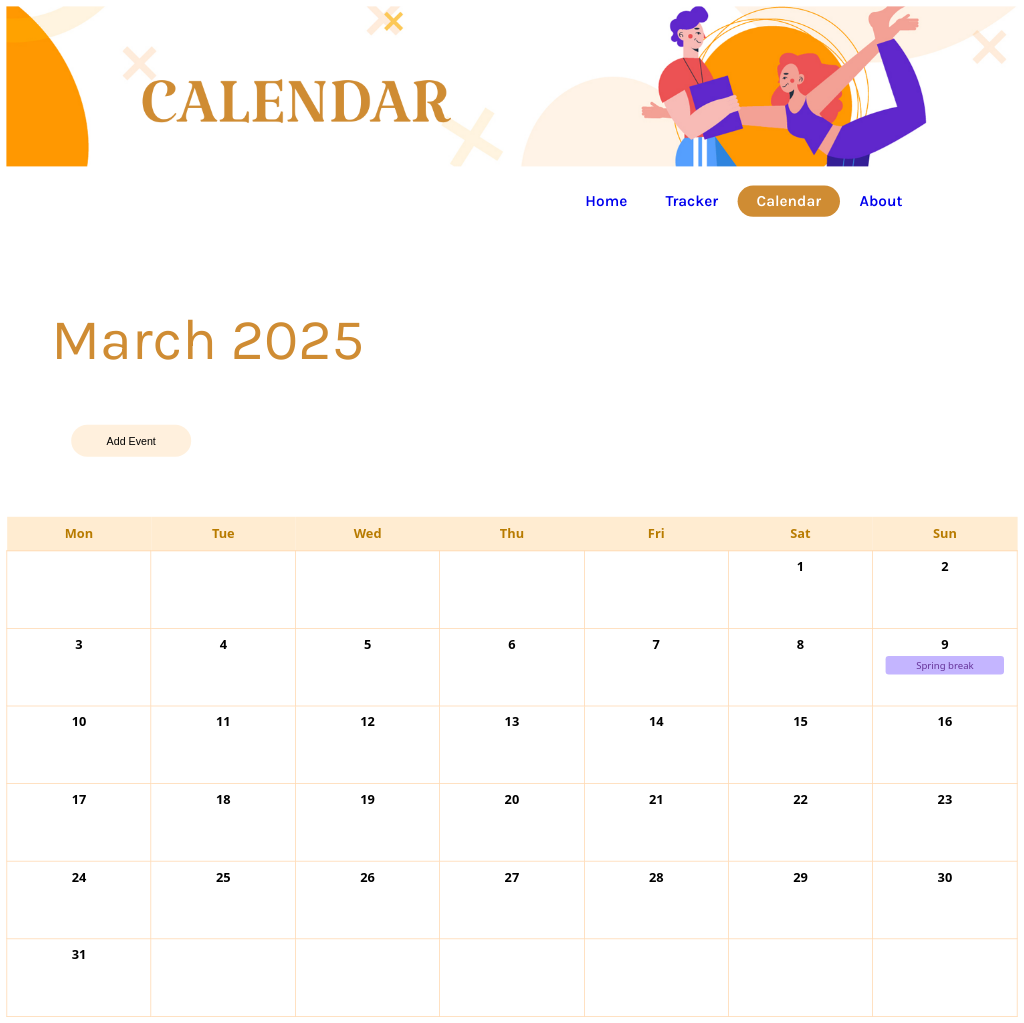
Repository: SandyLy453/habit-tracker
Page: http://localhost/calendar
These files come from the project's save history. The page is drawn as it stood at one moment and after the next save; the edit follows.
The browser window is 1280 px wide. The pictures show the whole page, at 80% of full size.
Some web fonts or font styles are not loaded; a fallback is used. The page is served by the project's Node server (server.js).

Above is the page before, as saved 2025-03-16 17:39:24.

### views/pages/calendar.ejs
<!DOCTYPE html>
<html lang="en">
<head>
  <meta charset="UTF-8">
  <meta name="viewport" content="width=device-width, initial-scale=1.0">
  <link rel="stylesheet" href="/styles.css">
  <link rel="preconnect" href="https://fonts.googleapis.com">
  <link rel="preconnect" href="https://fonts.gstatic.com" crossorigin>
  <link href="https://fonts.googleapis.com/css2?family=Katibeh&display=swap" rel="stylesheet">
</head>
<body>
  <%- include('../partials/header', { activePage: 'calendar' }) %>

  <div class="calendar-container">
    <div class="calendar-nav">
      <h2 id="month-year">
        <%= new Date(currentYear, currentMonth).toLocaleString('default', { month: 'long', year: 'numeric' }) %>
      </h2>
      <div class="calendar-add">
        <button id="add-event-btn">Add Event</button>
      </div>
    </div>
    </div>

    <table class="calendar-table">
      <thead>
        <tr>
          <th>Mon</th>
          <th>Tue</th>
          <th>Wed</th>
          <th>Thu</th>
          <th>Fri</th>
          <th>Sat</th>
          <th>Sun</th>
        </tr>
      </thead>
      <tbody>
        <%
          const firstDay = new Date(currentYear, currentMonth, 1);
          const firstDayIndex = (firstDay.getDay() + 6) % 7; // Adjust so week starts on Monday
          const daysInMonth = new Date(currentYear, currentMonth + 1, 0).getDate();
          let dateCount = 1;

          for (let i = 0; i < 6; i++) { %>
          <tr>
            <% for (let j = 0; j < 7; j++) { %>
              <% if ((i === 0 && j < firstDayIndex) || dateCount > daysInMonth) { %>
                <td></td>
              <% } else { %>
                <!-- Add data-date attribute so we know which day this cell represents -->
                <td class="calendar-day" data-date="<%= dateCount %>">
                  <span class="date-number"><%= dateCount %></span>
                  <% if (currentMonth === 2 && dateCount === 9) { %>
                    <div class="event">Spring break</div>
                  <% } %>
                </td>
                <% dateCount++; %>
              <% } %>
            <% } %>
          </tr>
        <% } %>
      </tbody>
    </table>

  <!-- Client-side script for adding events -->
  <script>
    document.getElementById('add-event-btn').addEventListener('click', function() {
      // Prompt for the day number for the event
      let day = prompt("Enter the day number for the event:");
      if (!day) return;
      day = parseInt(day, 10);
      if (isNaN(day)) {
        alert("Invalid day number!");
        return;
      }

      // Prompt for the event description
      let eventText = prompt("Enter event description:");
      if (!eventText) return;

      // Find the calendar cell with the matching data-date attribute
      let cells = document.querySelectorAll('.calendar-day[data-date]');
      let cellFound = false;
      cells.forEach(cell => {
        if (parseInt(cell.getAttribute('data-date'), 10) === day) {
          cellFound = true;
          // Create a new event div
          const eventDiv = document.createElement('div');
          eventDiv.className = 'event';
          eventDiv.textContent = eventText;
          cell.appendChild(eventDiv);
        }
      });

      if (!cellFound) {
        alert("No cell found for day " + day);
      }
    });
  </script>
</body>
</html>

### views/partials/header.ejs
<!DOCTYPE html>
<html lang="en">
<head>
    <meta charset="UTF-8">
    <meta name="viewport" content="width=device-width, initial-scale=1.0">
    <title>
        <%= typeof title != 'undefined' ? title : 'Page Title' %>
    </title>
    <link rel="stylesheet" href="/styles.css">
    <link rel="preconnect" href="https://fonts.googleapis.com">
    <link rel="preconnect" href="https://fonts.gstatic.com" crossorigin>
    <link href="https://fonts.googleapis.com/css2?family=Karla:ital,wght@0,200..800;1,200..800&family=Roboto:ital,wght@0,100..900;1,100..900&display=swap" rel="stylesheet">
</head>
<body>
    <header>
        <div class="header_container">
            <img src="<%= activePage === 'home' ? '/images/home_banner.png' : activePage === 'tracker' ? '/images/tracker_banner.png' : activePage === 'calendar' ? '/images/calendar_banner.png' : '/images/about_banner.png' %>" alt="Banner Images"/>
            <ul class="header">
                <li><a href="/" class="header_items <%= activePage === 'home' ? 'highlight' : '' %>">Home</a></li>
                <li><a href="/tracker" class="header_items <%= activePage === 'tracker' ? 'highlight' : '' %>">Tracker</a></li>
                <li><a href="/calendar" class="header_items <%= activePage === 'calendar' ? 'highlight' : '' %>">Calendar</a></li>
                <li><a href="/about" class="header_items <%= activePage === 'about' ? 'highlight' : '' %>">About</a></li>
              </ul>
        </div>
    </header>
</body>
</html>

### server.js
import pg from 'pg';
import express from 'express';
import bodyParser from 'body-parser';
import dotenv from 'dotenv';
import path from 'path';
import { fileURLToPath } from 'url';

const __filename = fileURLToPath(import.meta.url);
const __dirname = path.dirname(__filename);

dotenv.config();

// Database setup
const db = new pg.Client({
  user: process.env.DB_USER,
  host: process.env.DB_HOST,
  database: process.env.DB_DATABASE,
  password: process.env.DB_PASSWORD,
  port: process.env.DB_PORT,
});

db.connect()
  .then(() => {
    console.log('Connected to the database');
  })
  .catch(err => {
    console.error('Database connection error:', err.stack);
});

const app = express();
const port = 3000;

app.set('views', path.join(__dirname, 'views'));

// Middleware
app.use(bodyParser.urlencoded({ extended: true }));
app.use(express.static('public'));  // Serve static files from the public folder
app.set('view engine', 'ejs');

// Routes
app.get('/', (req, res) => {
  res.render('pages/home', {
    title: "Personal Habit Tracker",
    activePage: 'home',
    paragraph: "Track your progress today for better habits."
  });
});

app.get('/tracker', (req, res) => {
  res.render('pages/tracker', {
    title: "My Habits Tracker",
    activePage: 'tracker',
    paragraph: " "
  });
});

app.get('/calendar', (req, res) => {
  const currentDate = new Date();
  res.render('pages/calendar', {
    title: "Calendar",
    activePage: 'calendar',
    currentMonth: currentDate.getMonth(),
    currentYear: currentDate.getFullYear(),
  });
});

app.get('/about', (req, res) => {
  res.render('pages/about', {
    title: "About",
    activePage: 'about',
  });
});

app.listen(port, () => {
  console.log(`App listening at port ${port}`);
});

### public/styles.css
:root {
    --header-font: "Karla", sans-serif;
    --heading-font: "Lora", serif;

    --font-styles-bold: 600;
    --font-styles-regular: 400;
    --header-large: 1.2rem;
    --page-heading: 2.5rem;
    --page-details: 1.1rem;

    --card-status-inProgress: #CF8C33;
    --card-paragraph: #4A4A4A;
    --card-status-done: #03a903;

    --schedules-reading: #FFCF90;
    --schedules-running: #B2ABEA;
    --schedules-drawing: #E0F1FF;
    --schedules-meditation: #FFDDE9;
    --event-backgroundColor: #FFF7EC;

    --numDays: 5;
    --numHours: 10;
    --timeHeight: 60px;
}

body {
    font-family: Arial, sans-serif;
    text-align: center;
}

input, button {
    margin: 5px;
    padding: 8px;
}

/* Header */
.header_container img {
    margin: 0;
    padding: 0;
    display: block;
    width: 100%;
    height: 100%;
    object-fit: cover;
}

.header {
    display: flex;
    flex-direction: row;
    justify-content:flex-end;
    list-style: none;
    margin: 2rem 120px;
    font-family: var(--header-font);
    font-weight: var(--font-styles-bold);
    font-size: var(--header-large);
}

.header_items {
    text-decoration: none;
    padding: .5rem 1.5rem;
    border-radius: 20px;
}

.header_items.highlight {
    color: white;
    background-color: var(--card-status-inProgress);
}

/* Home Page */
.heading_section {
    text-align: left;
    margin: 6rem 120px 4rem 120px;
}

.heading_section h1 {
    font-family: var(--heading-font);
    font-weight: var(--font-styles-regular);
    font-size: var(--page-heading);
    margin-bottom: 0;
}

.heading_section p {
    font-size: var(--page-details);
    margin-top: .5rem;
    font-style: italic;
}

.main_content {
    display: flex;
    flex-direction: row;
    margin: 0 120px 7rem 120px;
    gap: 2rem;
    text-align: left;
    align-items: flex-start;
}

/* Home Page Cards */

.cards_section {
    width: 50%;
    display: flex;
    flex-direction: column;
    justify-content: flex-start;
    padding: 0;
}

.cards_section h2,
.schedules_section h2 {
    font-family: var(--heading-font);
}

.cards {
    display: flex;
    flex-direction: row;
    flex-wrap: wrap;
    gap: 20px;
}

.card {
    position: relative;
    background-color: white;
    border-radius: 8px;
    border: 2px solid #D8D8D8;
    padding: 15px;
    width: 240px;
    height: 180px;
    text-align: left;
    overflow: hidden;
}

.card img {
    width: 100%;
    height: 100px;
    object-fit: cover;
    position: absolute;
    overflow: hidden;
    top: 0;
    left: 0;
    right: 0;
}

.habit {
    position: relative;
    display: flex;
    flex-direction: row;
    margin-bottom: 15px;
    justify-content: space-between;
    top: 6.5rem;
}

.habit h3 {
    margin: 0;
    font-size: 16px;
}

.habit p {
    margin: 5px 0;
    font-size: 14px;
    color: var(--card-paragraph);
}

.status {
    font-weight: bold;
}

.status.in-progress {
    color: var(--card-status-inProgress);
}

.status.done {
    color: var(--card-status-done);
}

/* Calendar */

.schedules_section {
    width: 50%;
    display: flex;
    flex-direction: column;
}

.calendar {
    display: grid;
    gap: 10px;
    grid-template-columns: auto 1fr;
}

.timeline {
    display: grid;
    grid-template-rows: repeat(var(--numHours), var(--timeHeight));
}

.days {
    display: grid;
    grid-column: 2;
    gap: 5px;
    grid-template-columns: repeat(auto-fit, minmax(100px, 1fr));
}

.events {
    display: grid;
    grid-template-rows: repeat(var(--numHours), var(--timeHeight));
    border-radius: 5px;
    background: var(--event-backgroundColor);
}

.start-10 {
    grid-row-start: 2;
}

.start-12 {
    grid-row-start: 3;
}

.start-1 {
    grid-row-start: 5;
}

.start-2 {
    grid-row-start: 6;
}

.end-12 {
    grid-row-end: 4;
}

.end-1 {
    grid-row-end: 5;
}

.end-3 {
    grid-row-end: 7;
}

.end-4 {
    grid-row-end: 8;
}

.end-5 {
    grid-row-end: 9;
}

.title {
    font-weight: 600;
    margin-bottom: 0.1rem;
}

.event {
    border: 1px solid var(--eventBorderColor);
    border-radius: 5px;
    padding: 0.5rem;
    margin: 0 0.5rem;
    background: white;
}

.events p {
    font-size: 14px;
}

.space,
.date {
    height: 60px
}

body {
    font-family: system-ui, sans-serif;
}

.running {
    background: var(--schedules-running);
}

.drawing {
    background: var(--schedules-drawing);
}

.meditation {
    background: var(--schedules-meditation);
}

.reading {
    background: var(--schedules-reading);
}

.date {
    display: flex;
    gap: 1em;
}

.date-day {
    display: inline;
    font-size: var(--page-details);
}

.calendar-container {
    font-family: Arial, sans-serif;
    margin: 40px auto;
    max-width: 90vw;
    padding: 20px;
}

.calendar-header {
    background-color: #ffe5b4;
    padding: 20px;
    border-radius: 12px 12px 0 0;
    text-align: center;
    color: #c17a00;
}

.calendar-nav {
    text-align: center;
}

.calendar-table {
    width: 100%;
    border-collapse: collapse;
    border-radius: 30px;
}

.calendar-table th {
    background-color: #ffecd1;
    color: #b87b00;
    padding: 10px;
}

.calendar-table td {
    border: 1px solid #ffdab3;
    width: calc(90vw/7);
    height: 80px;
    vertical-align: top;
    padding: 8px;
}

.date-number {
    font-weight: bold;
    text-align: right;
    width: 100%;
}

.event {
    background-color: #c4b5ff;
    color: #663399;
    font-size: 0.75rem;
    padding: 3px 6px;
    border-radius: 4px;
    margin-top: 4px;
}

#month-year {
    color: #CF8C33;
    font-family: var(--header-font);
    font-size: 72px;
    font-weight: 400;
    text-align: left;
}

.calendar-add {
    width: 200px;
    height: 60px;
    margin: 0;
}

#add-event-btn {
    border-radius: 20px;
    background: rgba(255, 207, 144, 0.31);
    width: 150px;
    height: 40px;
    border: none;
}

After the next save:
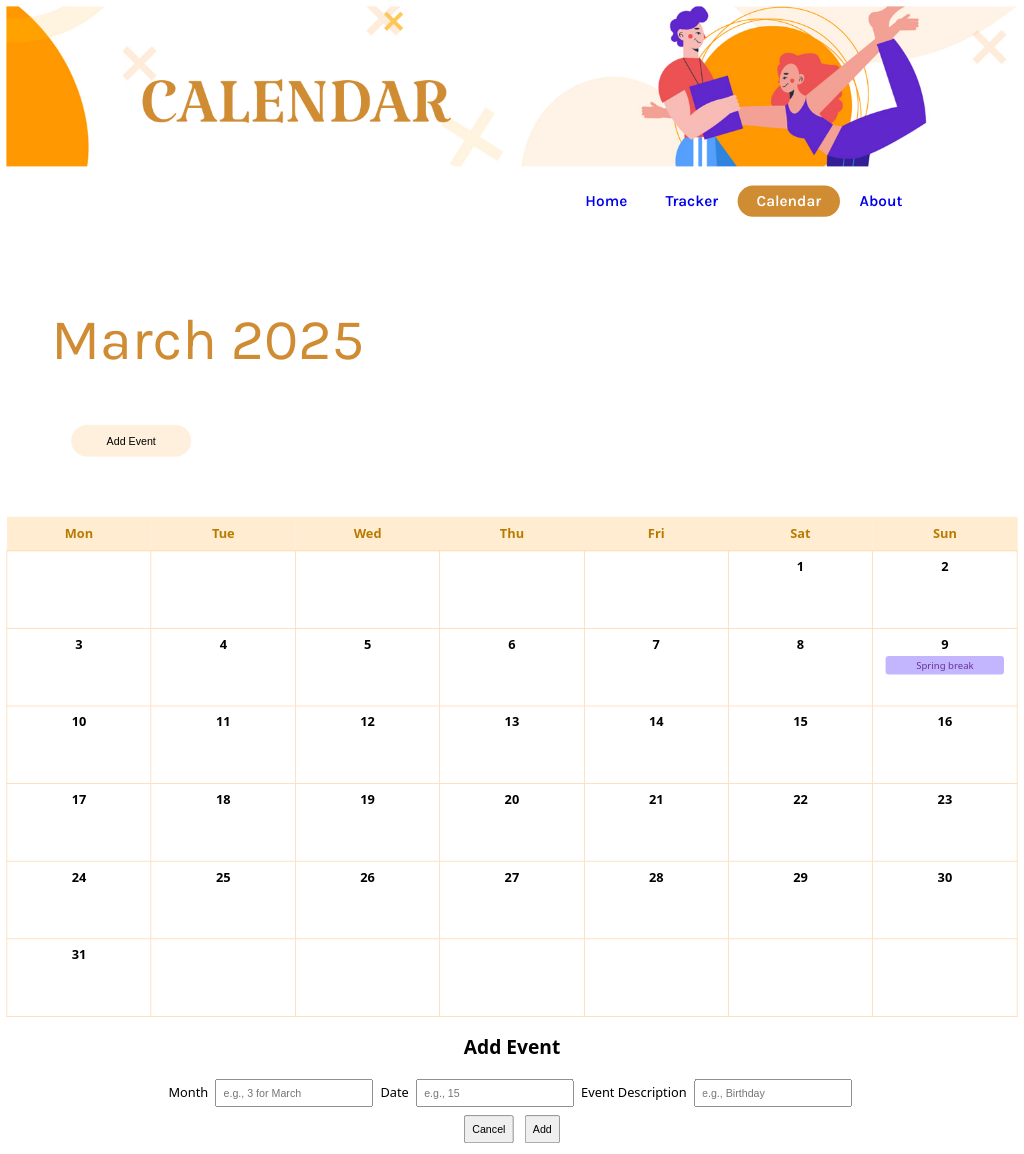
Saved 5 min 46 s later.
--- a/views/pages/calendar.ejs
+++ b/views/pages/calendar.ejs
@@ -62,39 +62,92 @@
       </tbody>
     </table>
 
-  <!-- Client-side script for adding events -->
+  <!-- ========== MODAL OVERLAY ========== -->
+  <div class="overlay hidden" id="add-event-overlay">
+    <div class="modal">
+      <h2>Add Event</h2>
+      <!-- Month -->
+      <label for="modal-month">Month</label>
+      <input type="text" id="modal-month" placeholder="e.g., 3 for March" />
+
+      <!-- Date -->
+      <label for="modal-date">Date</label>
+      <input type="text" id="modal-date" placeholder="e.g., 15" />
+
+      <!-- Event Description -->
+      <label for="modal-description">Event Description</label>
+      <input type="text" id="modal-description" placeholder="e.g., Birthday" />
+
+      <div class="modal-buttons">
+        <button id="cancel-event-btn">Cancel</button>
+        <button id="submit-event-btn">Add</button>
+      </div>
+    </div>
+  </div>
+
+  <!-- ========== CLIENT-SIDE SCRIPT ========== -->
   <script>
-    document.getElementById('add-event-btn').addEventListener('click', function() {
-      // Prompt for the day number for the event
-      let day = prompt("Enter the day number for the event:");
-      if (!day) return;
-      day = parseInt(day, 10);
-      if (isNaN(day)) {
-        alert("Invalid day number!");
+    const addEventBtn = document.getElementById('add-event-btn');
+    const overlay = document.getElementById('add-event-overlay');
+    const cancelEventBtn = document.getElementById('cancel-event-btn');
+    const submitEventBtn = document.getElementById('submit-event-btn');
+
+    // Show the modal overlay
+    addEventBtn.addEventListener('click', () => {
+      overlay.classList.remove('hidden');
+    });
+
+    // Hide the modal overlay
+    cancelEventBtn.addEventListener('click', () => {
+      overlay.classList.add('hidden');
+    });
+
+    // Add event to the correct day cell
+    submitEventBtn.addEventListener('click', () => {
+      const monthInput = document.getElementById('modal-month').value.trim();
+      const dateInput = document.getElementById('modal-date').value.trim();
+      const descriptionInput = document.getElementById('modal-description').value.trim();
+
+      // Basic validation
+      if (!monthInput || !dateInput || !descriptionInput) {
+        alert("Please fill out all fields.");
         return;
       }
 
-      // Prompt for the event description
-      let eventText = prompt("Enter event description:");
-      if (!eventText) return;
+      const monthNumber = parseInt(monthInput, 10);
+      const dateNumber = parseInt(dateInput, 10);
+      if (isNaN(monthNumber) || isNaN(dateNumber)) {
+        alert("Invalid month or date. Please enter numeric values.");
+        return;
+      }
 
-      // Find the calendar cell with the matching data-date attribute
-      let cells = document.querySelectorAll('.calendar-day[data-date]');
-      let cellFound = false;
+      // Find the matching cell in the table
+      const cells = document.querySelectorAll('.calendar-day');
+      let found = false;
       cells.forEach(cell => {
-        if (parseInt(cell.getAttribute('data-date'), 10) === day) {
-          cellFound = true;
+        const cellMonth = parseInt(cell.getAttribute('data-month'), 10);
+        const cellDay = parseInt(cell.getAttribute('data-day'), 10);
+
+        // If it matches the user input
+        if (cellMonth === (monthNumber - 1) && cellDay === dateNumber) {
+          found = true;
           // Create a new event div
           const eventDiv = document.createElement('div');
           eventDiv.className = 'event';
-          eventDiv.textContent = eventText;
+          eventDiv.textContent = descriptionInput;
           cell.appendChild(eventDiv);
         }
       });
 
-      if (!cellFound) {
-        alert("No cell found for day " + day);
+      if (!found) {
+        alert("No matching date cell found in this month's calendar.");
       }
+
+      // Hide overlay and reset form
+      overlay.classList.add('hidden');
+      document.getElementById('modal-month').value = "";
+      document.getElementById('modal-date').value = "";
+      document.getElementById('modal-description').value = "";
     });
   </script>
 </body>
